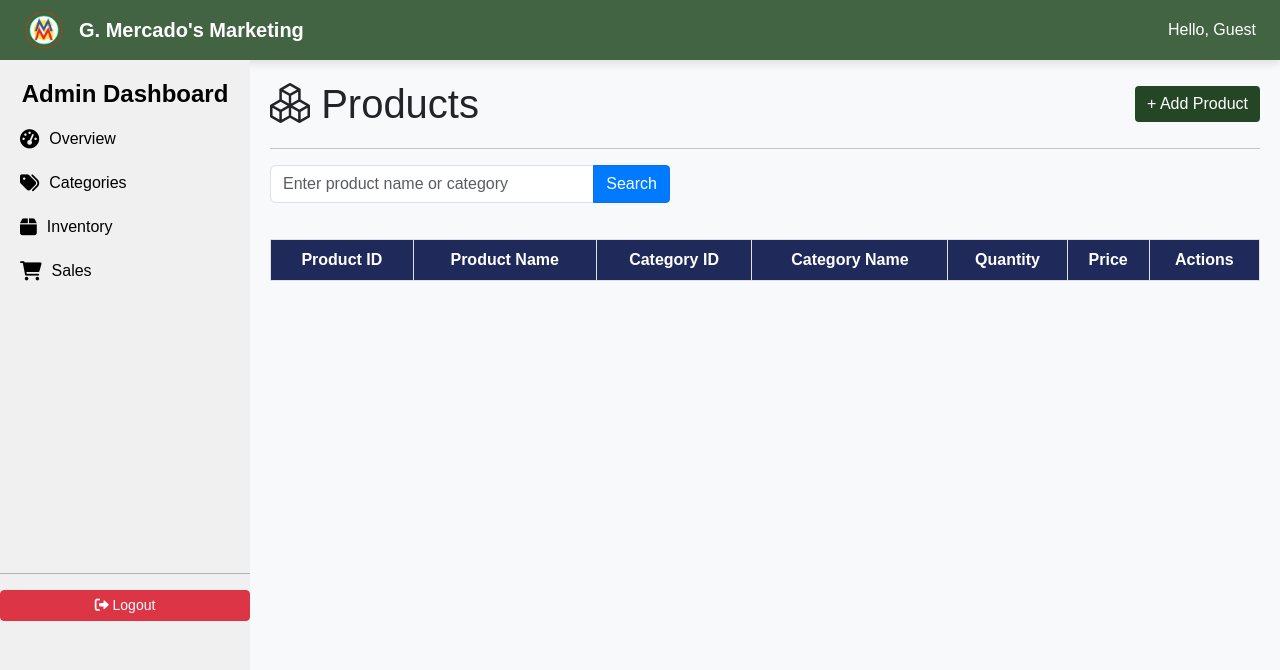
Repository: mandarein21/sales-inventory
Page: http://localhost/products
These files come from the project's save history. The page is drawn as it stood at one moment and after the next save; the edit follows.
The browser window is 1280 px wide. The pictures show the whole page.
Some web libraries are served in a nearby version. The page is served by the project's Node server (app.js). Queries for data that is not in the repository find no rows.

Above is the page before, as saved 2024-10-31 09:09:22.

After the next save:
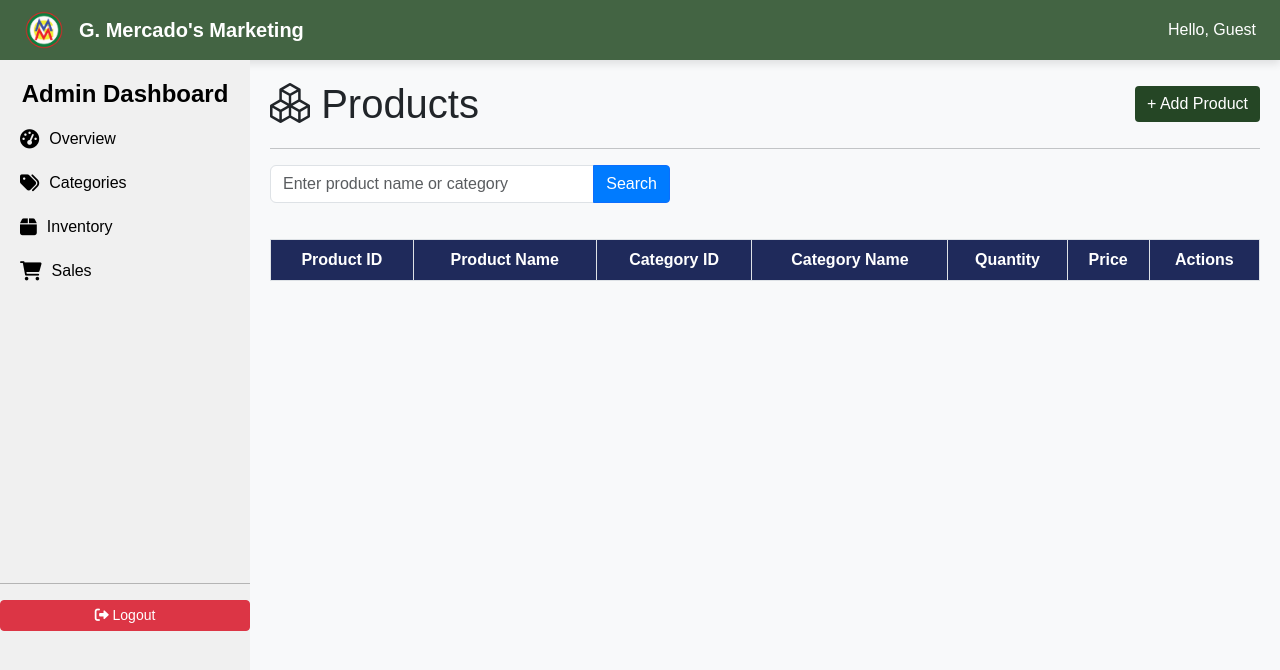
Saved 17 s later.
--- a/public/css/style.css
+++ b/public/css/style.css
@@ -324,7 +324,7 @@ body {
 }
 
 .logout {
-    margin-top: 280px;
+    margin-top: 290px;
 }
 
 
